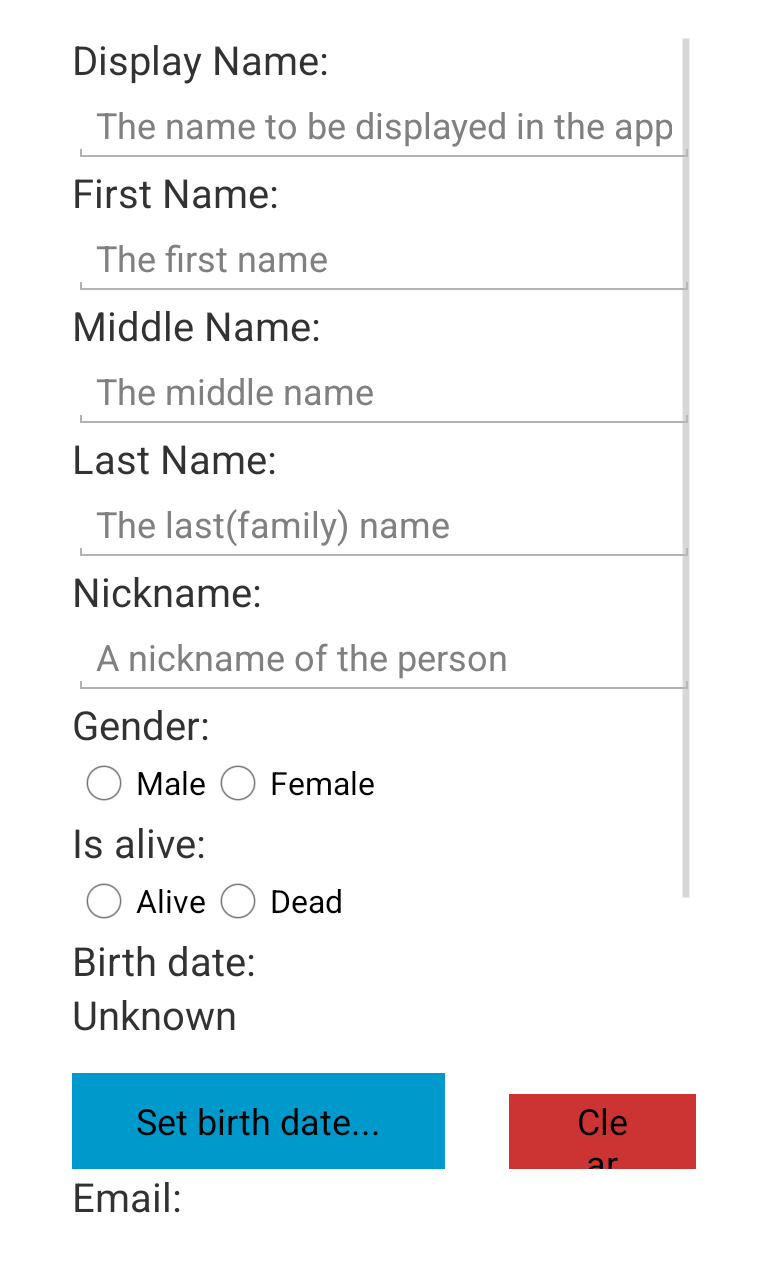
Repository: ivanbuhov/FamilyAndroidClient
Layout: Family/res/layout/activity_edit_person.xml
These files come from the project's save history. The layout is drawn as it stood at one moment and after the next save; the edit follows.
It is drawn on a 768 x 1280 px phone screen (xhdpi) without system bars, with theme AppTheme; the app's code is not run.

Above is the layout before, as saved 2013-11-19 14:22:49.

After the next save:
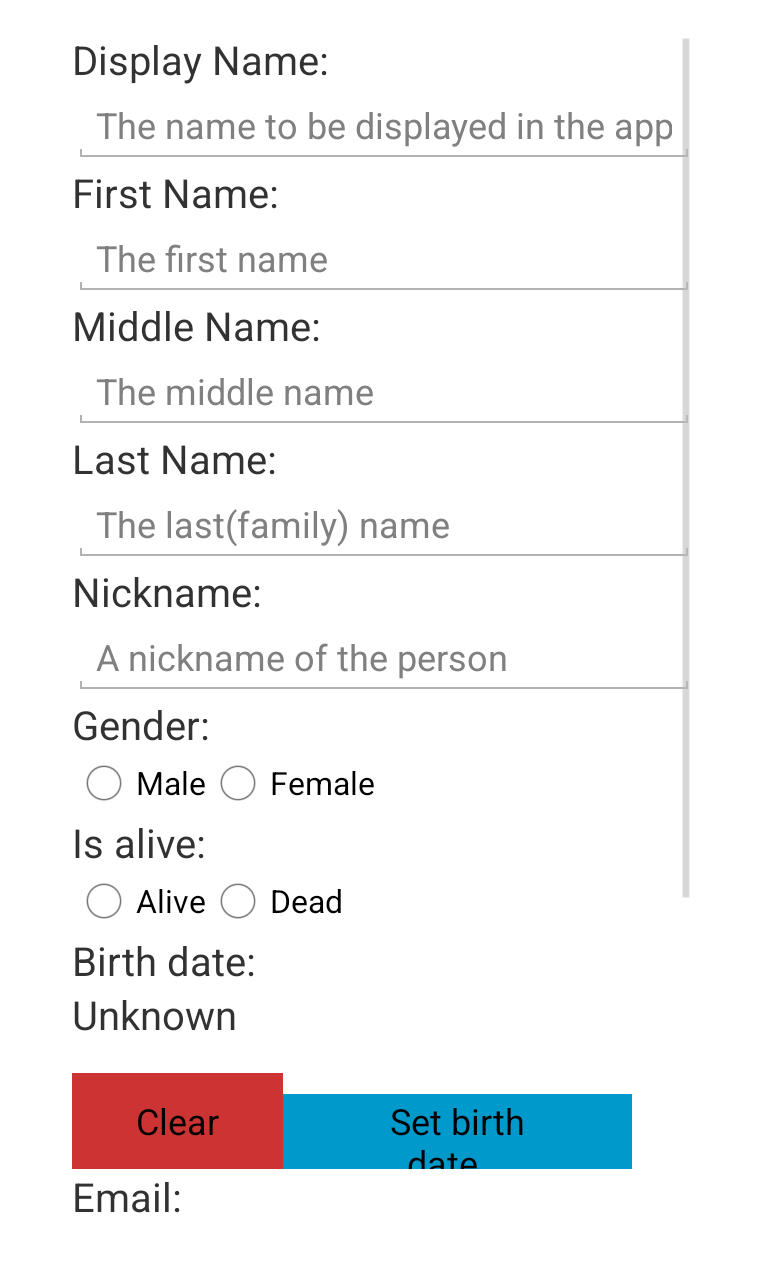
Saved 3 min 28 s later.
--- a/Family/res/layout/activity_edit_person.xml
+++ b/Family/res/layout/activity_edit_person.xml
@@ -173,7 +173,17 @@
 			    android:layout_height="fill_parent"
 			    android:orientation="horizontal" >
 
-		        <Button
+	            <Button
+	                android:id="@+id/clear_date_button"
+	                android:layout_width="wrap_content"
+	                android:layout_height="wrap_content"
+	                android:layout_marginTop="16dp"
+	                android:paddingLeft="32dp"
+	                android:paddingRight="32dp"
+        			android:background="#ffCC3333"
+	                android:text="@string/clear" />
+
+	            <Button
 	                android:id="@+id/set_date_button"
 	                android:layout_width="wrap_content"
 	                android:layout_height="wrap_content"
@@ -183,16 +193,6 @@
 	                android:layout_marginRight="32dp"
         			android:background="#ff0099cc"
 	                android:text="@string/set_birth_date" />
-
-	            <Button
-	                android:id="@+id/clear_date_button"
-	                android:layout_width="wrap_content"
-	                android:layout_height="wrap_content"
-	                android:layout_marginTop="16dp"
-	                android:paddingLeft="32dp"
-	                android:paddingRight="32dp"
-        			android:background="#ffCC3333"
-	                android:text="@string/clear" />
 
             </LinearLayout>
 
